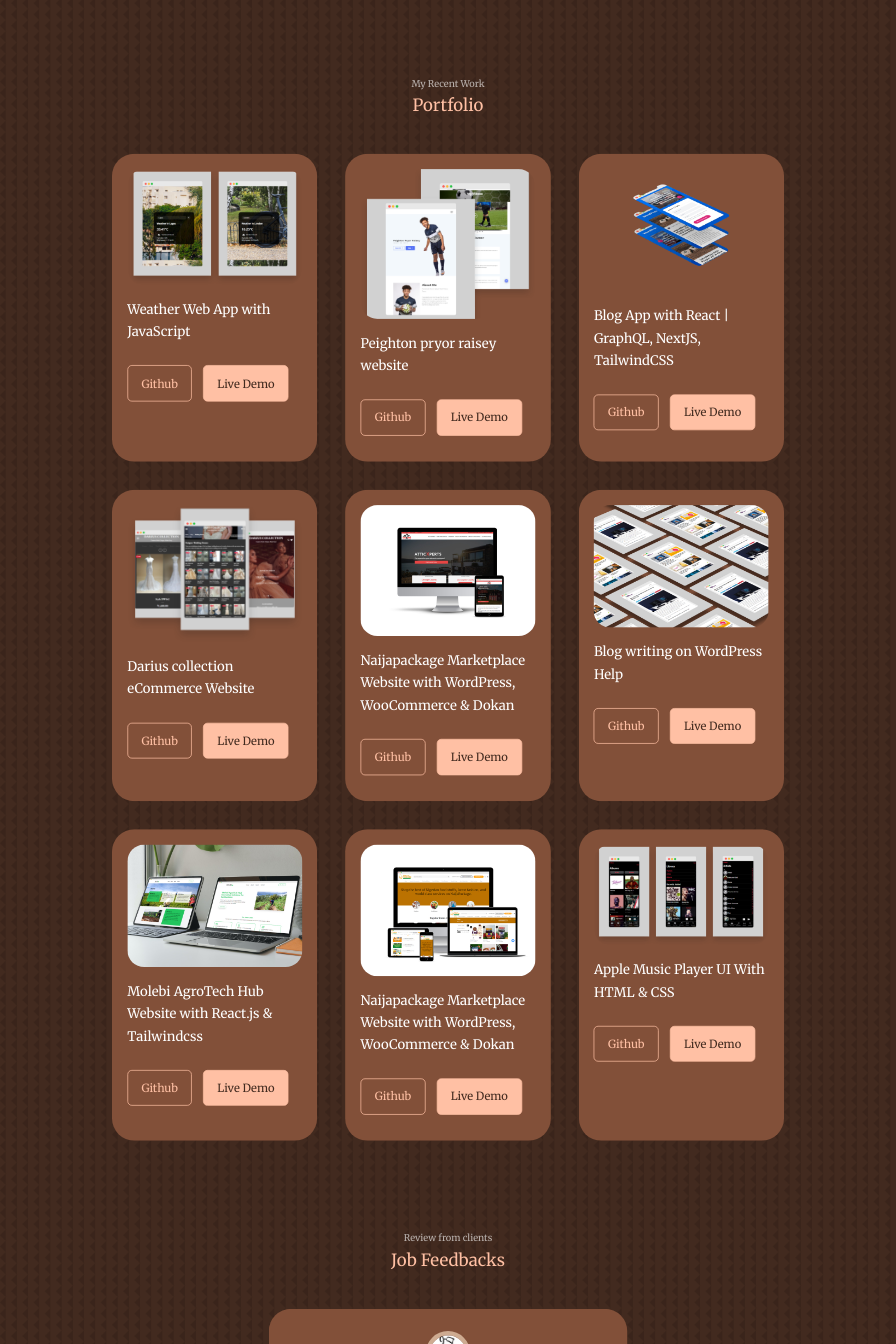
Repository: akinolapo/akinolapo-react
Page: /
These files come from the project's save history. The page is drawn as it stood at one moment and after the next save; the edit follows.
The browser window is 1280 px wide. The pictures show the part of the page from y = 2931 to 4851 px (the page is 6538 px tall), at 70% of full size.
The project was rebuilt for these pictures with package versions that can differ from the ones it lists, and the page was loaded fresh each time.

Above is the page before, as saved 2023-06-12 16:16:35.

### public/index.html
<!DOCTYPE html>
<html lang="en">

<head>
    <meta charset="UTF-8">
    <meta http-equiv="X-UA-Compatible" content="IE=edge">
    <meta name="viewport" content="width=device-width, initial-scale=1.0">
    <meta
      name="description"
      content="I am a Front-end Developer who has worked for several companies. I have developed websites for small businesses, large companies and individuals."
    />
    <meta name="p:domain_verify" content="1e6b47b5f0d710033c44561e0f1e8f04"/>
    <link rel="apple-touch-icon" sizes="180x180" href="%PUBLIC_URL%/assets/apple-touch-icon.png">
    <link rel="icon" type="image/png" sizes="32x32" href="%PUBLIC_URL%/assets/favicon-32x32.png">
    <link rel="icon" type="image/png" sizes="16x16" href="%PUBLIC_URL%/assets/favicon-16x16.png">
    <link rel="manifest" href="%PUBLIC_URL%/assets/site.webmanifest">
    <link rel="mask-icon" href="%PUBLIC_URL%/assets/safari-pinned-tab.svg" color="#5bbad5">
    <meta name="msapplication-TileColor" content="#da532c">
    <meta name="theme-color" content="#ffffff">
    <title>Peace Akinola || Frontend Developer || IT Support Specialist</title>
</head>

<body>
    <div id="root"></div>
</body>

</html>

### src/App.jsx
import React from 'react'
import Header from './components/header/header'
import Nav from './components/nav/nav'
import About from './components/about/about'
import Experience from './components/experience/experience'
import Services from './components/services/services'
import Portfolio from './components/portfolio/portfolio'
import Review from './components/review/review'
import Contact from './components/contact/contact'
import Footer from './components/footer/footer'

const App = () => {
  return (
    <>
    <Header/>
    <Nav/>
    <About/>
    <Experience/>
    <Services/>
    <Portfolio/>
    <Review/>
    <Contact/>
    <Footer/>
    </>
  )
}

export default App

### src/components/header/header.jsx
import React from 'react'
import './header.css'
import CTA from './CTA'
// import ME from '../../assets/me.png'
import HeaderSocials from './headersocials'

const header = () => {
  return (
    <header>
      <div className="container header__container">
        <h5>Hello I'm</h5>
        <h1>Peace Akinola</h1>
        <h5 className="text-light">Frontend Developer</h5>
        <CTA/>
        <HeaderSocials/>

        <div className="me">
          <img src={process.env.PUBLIC_URL+`assets/me.png`} alt='me'></img>
        </div>

        <a href='#contact' className='scroll__down'>Scroll Down</a>
      </div>
    </header>
  )
}

export default header

### src/components/nav/nav.jsx
import React from 'react'
import './nav.css'
import {AiOutlineHome, AiOutlineUser, AiOutlineBook, AiOutlineMessage} from 'react-icons/ai'
import {RiServiceLine} from 'react-icons/ri'
import {BiBriefcase} from 'react-icons/bi'
import { useState } from 'react'

const Nav = () => {
  const [activeNav, setActiveNav] = useState('#')
  return (
    <nav>
      <a href='#' onClick={() => setActiveNav('#')} className={activeNav === '#' ? 'active' : ''}><AiOutlineHome/></a>
      <a href='#about' onClick={() => setActiveNav('#about')}  className={activeNav === '#about' ? 'active' : ''}><AiOutlineUser/></a>
      <a href='#experience' onClick={() => setActiveNav('#experience')}  className={activeNav === '#experience' ? 'active' : ''}><AiOutlineBook/></a>
      <a href='#services' onClick={() => setActiveNav('#services')}  className={activeNav === '#services' ? 'active' : ''}><RiServiceLine/></a>
      <a href='#portfolio' onClick={() => setActiveNav('#portfolio')}  className={activeNav === '#portfolio' ? 'active' : ''}><BiBriefcase/></a>
      <a href='#contact' onClick={() => setActiveNav('#contact')}  className={activeNav === '#contact' ? 'active' : ''}><AiOutlineMessage/></a>
    </nav>
  )
}

export default Nav

### src/components/about/about.jsx
import React from 'react'
import './about.css'
// import ME from '../../../public/assets/me-about.JPG'
import{FaAward} from 'react-icons/fa'
import{FiUsers} from 'react-icons/fi'
import{VscFolderLibrary} from 'react-icons/vsc'

const about = () => {
  return (
    <section id='about'>
      <h5>Get To Know</h5>
      <h2>About Me</h2>

      <div className="container about__container">
        <div className="about__me">
          <div className="about__me-img">
            <img src={process.env.PUBLIC_URL+`assets/me-about.JPG`} alt="Peace Akinola Working" />
          </div>
        </div>
        <div className="about__content">
          <div className="about__cards">
            <article className='about__card'>
              <FaAward className='about__icon'/>
              <h5>Experience</h5>
              <small>4+ Years Working</small>
            </article>

            <article className='about__card'>
              <FiUsers className='about__icon'/>
              <h5>Clients</h5>
              <small>20 + Worldwide</small>
            </article>

            <article className='about__card'>
              <VscFolderLibrary className='about__icon'/>
              <h5>Projects</h5>
              <small>50+ Completed</small>
            </article>
          </div>

          <p>
          Scrupulous web developer with over 4 years of front-end experience and admiration for responsive website design and a firm believer in the mobile-first approach.
          </p>
          <a href='#contact' className='btn btn-primary'>Let's Talk</a>
        </div>
      </div>
    </section>
  )
}

export default about

### src/components/portfolio/portfolio.jsx
import React from 'react'
import './portfolio.css'

// DATA ARRAY FOR PORTFOLIO DATA

const data =[
  {
  id: 1,
  image: process.env.PUBLIC_URL+`assets/portfolio1.png`,
  title: 'Peighton pryor raisey website',
  github: 'https://github.com/akinolapo',
  demo: 'https://p8on.net'
},
{
  id: 2,
  image: process.env.PUBLIC_URL+`assets/portfolio2.png`,
  title: 'Darius collection eCommerce Website',
  github: 'https://github.com/akinolapo',
  demo: 'https://www.dariuscordell.com'
},
{
  id: 3,
  image: process.env.PUBLIC_URL+`assets/portfolio3.png`,
  title: 'Blog App with React | GraphQL, NextJS, TailwindCSS',
  github: 'https://github.com/akinolapo/usefulhandles_blog',
  demo: 'https://wordpressvee.vercel.app'
},
{
  id: 4,
  image: process.env.PUBLIC_URL+`assets/portfolio4.png`,
  title: 'Blog writing on WordPress Help',
  github: 'https://github.com/akinolapo',
  demo: 'https://www.bookwebmaster.com'
},
{
  id: 5,
  image: process.env.PUBLIC_URL+`assets/portfolio5.png`,
  title: 'Weather Web App with JavaScript',
  github: 'https://github.com/akinolapo/cityWeatherApp',
  demo: 'https://weatherappforcities.netlify.app'
},
{
  id: 6,
  image: process.env.PUBLIC_URL+`assets/portfolio6.png`,
  title: 'Apple Music Player UI With HTML & CSS',
  github: 'https://github.com/akinolapo/ios-music-player',
  demo: 'https://ios-music-player.netlify.app/'
},
{
  id: 7,
  image: process.env.PUBLIC_URL+`assets/portfolio7.jpg`,
  title: 'Molebi AgroTech Hub Website with React.js & Tailwindcss',
  github: 'https://github.com/akinolapo/agric-tech',
  demo: 'https://molebi-agrotech-hub.pages.dev'
},
{
  id: 8,
  image: process.env.PUBLIC_URL+`assets/portfolio8.jpg`,
  title: 'Naijapackage Marketplace Website with WordPress, WooCommerce & Dokan',
  github: 'https://github.com/akinolapo',
  demo: 'https://www.naijapackage.com'
},
{
  id: 9,
  image: process.env.PUBLIC_URL+`assets/portfolio9.jpg`,
  title: 'Naijapackage Marketplace Website with WordPress, WooCommerce & Dokan',
  github: 'https://github.com/akinolapo',
  demo: 'https://www.naijapackage.com'
}

];

const shuffleArray = (array) => {
  const newArray = [...array];
  for (let i = newArray.length - 1; i > 0; i--) {
    const j = Math.floor(Math.random() * (i + 1));
    [newArray[i], newArray[j]] = [newArray[j], newArray[i]];
  }
  return newArray;
};

const portfolio = () => {
  const shuffledData = shuffleArray(data);
  return (
    <section id='portfolio'>
      <h5>My Recent Work</h5>
      <h2>Portfolio</h2>

      <div className="container portfolio__container">
       {
         shuffledData.map(({id, image, title, github, demo})=>{
           return (
            <article key={id} className='portfolio__item'>
            <div className="portfolio__item-image">
              <img src={image} alt={title}></img>
            </div>
            <h3>{title}</h3>
            <div className="portfolio__item-cta">
            <a href={github} rel="noreferrer" target='_blank' className='btn'>Github</a>
            <a href={demo} rel="noreferrer" target='_blank' className='btn btn btn-primary'>Live Demo</a>
            </div>
          </article>
           )
         })
       }
      </div>
    </section>
  )
}

export default portfolio

### src/components/footer/footer.jsx
import React from 'react'
import './footer.css'
import {FaFacebookF} from 'react-icons/fa'
import {FiInstagram} from 'react-icons/fi'
import {IoLogoTwitter} from 'react-icons/io'
import {FaPinterestP} from 'react-icons/fa'

const footer = () => {
  return (
    <footer>
        <a href='#' className='footer__logo'>Akinolapo</a>

        <ul className='permalinks'>
            <li><a href='#'>Home</a></li>
            <li><a href='#about'>About</a></li>
            <li><a href='#experience'>Experience</a></li>
            <li><a href='#services'>Services</a></li>
            <li><a href='#portfolio'>Portfolio</a></li>
            <li><a href='#review'>Reviews</a></li>
            <li><a href='#contact'>Contact</a></li>
        </ul>

        <div className="footer__socials">
        <a href='https://facebook.com/akinolapo.wp' target= "_blank" rel="noreferrer"><FaFacebookF/></a>
        <a href='https://instagram.com/akinolapo' target= "_blank" rel="noreferrer"><FiInstagram/></a>
        <a href='https://twitter.com/poakinola' target= "_blank" rel="noreferrer"><IoLogoTwitter/></a>
        <a href='https://www.pinterest.com/akinolapo' target= "_blank" rel="noreferrer"><FaPinterestP/></a>
        </div>

        <div className="footer__copyright">
            <small>&copy; Akinolapo. All rights reserved.</small>
        </div>
    </footer>
  )
}

export default footer

### src/components/header/header.css
header{
    height: 100vh;
    padding-top: 7rem;
    overflow: hidden;
}

.header__container{
    text-align: center;
    height: 100%;
    position: relative;
}

/*======================== CTA ========================*/
.cta{
    margin-top: 2.5rem;
    display: flex;
    gap: 1.2rem;
    justify-content: center;
}

/*======================== HEADER SOCIALS ========================*/
.header__socials{
    display: flex;
    flex-direction: column;
    align-items: center;
    gap: 0.8rem;
    position: absolute;
    left: 0;
    bottom: 3rem;
}

.header__socials::after{
    content: '';
    width: 1px;
    height: 2rem;
    background: var(--color-primary);
}

/*======================== ME ========================*/
.me{
    background: linear-gradient(var(--color-primary), transparent);
    width: 22rem;
    height: 30rem;
    position: absolute;
    left: calc(50% - 11rem);
    margin-top: 4rem;
    border-radius: 12rem 12rem 0 0;
    overflow: hidden;
    padding: 2rem 1.5rem 1.5rem 1.5rem;
}

/*======================== SCROLL DOWN ========================*/
.scroll__down{
    position: absolute;
    right: 2.3rem;
    bottom: 2.3rem;
    transform: rotate(90deg);
    font-weight: 200;
    font-size: 0.9rem;
}

/*======================== MEDIA QUERIES (TABLET DEVICES) ========================*/
@media screen and (max-width: 1024px) {
    header{
        height: 68vh;
    }
}

/*======================== MEDIA QUERIES (MOBILE DEVICES) ========================*/
@media screen and (max-width: 600px) {
   header{
       height: 100vh;
   }

   .header__socials, .scroll__down{
       display: none;
   }
}

### src/components/header/CTA.jsx
import React from 'react'
// import Resume from '../../assets/cv.pdf'

const CTA = () => {
  return (
    <div className='cta'>
        <a href= {process.env.PUBLIC_URL+`assets/cv.pdf`} download className='btn'>Download CV</a>
        <a href='#contact' className='btn btn-primary'>Let's Talk</a>
    </div>
  )
}

export default CTA

### src/components/header/headersocials.jsx
import React from 'react'
import {BsLinkedin} from 'react-icons/bs'
import {FaGithubAlt} from 'react-icons/fa'
import {FiDribbble} from 'react-icons/fi'

const headersocials = () => {
  return (
    <div className='header__socials'>
      <a href='https://www.linkedin.com/in/akinolapo' target= "new"><BsLinkedin/></a>
      <a href='https://github.com/akinolapo' target= "new"><FaGithubAlt/></a>
      <a href='https://twitter.com/poakinola' target= "new"><FiDribbble/></a>
    </div>
  )
}

export default headersocials

### src/components/nav/nav.css
nav{
    background: rgba(0,0,0,0.3);
    width: max-content;
    display: block;
    padding: 0.7rem 1.7rem;
    z-index: 2;
    position: fixed;
    left: 50%;
    transform: translate(-50%);
    bottom: 2rem;
    display: flex;
    gap: 0.8 rem;
    border-radius: 3rem;
    backdrop-filter: blur(15px);
}

nav a{
    background: transparent;
    padding: 0.8rem;
    border-radius: 50%;
    display: flex;
    color: var(--color-light);
    font-size: 1.1rem;
}

nav a:hover{
    background: rgab(0, 0, 0, 0.3);
}

nav a.active{
    background: var(--color-primary);
    color: var(--color-bg);
}

### src/components/experience/experience.css
.experience__container{
    display: grid;
    grid-template-columns: 1fr 1fr;
    gap: 2rem;
}

.experience__container > div {
    background: var(--color-bg-variant);
    padding: 2.4rem 5rem;
    border-radius: 2rem;
    border: 1px solid transparent;
    transition: var(--transition);
}

.experience__container > div:hover{
    border-color: var(--color-primary);
    background: transparent;
    color: var(--color-primary-variant);
    cursor: default;
}

.experience__container > div h3{
    text-align: center;
    margin-bottom: 2rem;
    color: var(--color-primary);
}

.experience__content{
    display: grid;
    grid-template-columns: 1fr 1fr;
    row-gap: 2rem;
}

.experience__details{
    display: flex;
    gap: 1rem;
}

.experience__details-icon{
    margin-top: 6px;
    color: var(--color-primary);
}

/*======================== MEDIA QUERIES (TABLET DEVICES) ========================*/
@media screen and (max-width: 1024px) {
    .experience__container{
        grid-template-columns: 1fr;
    }
    .experience__container >div {
        width: 80%;
        padding: 2rem;
        margin: 0 auto;
    }
    .experience__content{
        padding: 1rem;
    }

}

/*======================== MEDIA QUERIES (MOBILE DEVICES) ========================*/
@media screen and (max-width: 600px) {
  .experience__container{
      gap: 1rem;
  }

  .experience__container > div{
      width: 100%;
      padding: 2rem 1rem;
  }
}

### src/components/services/services.css
.services__container{
    display: grid;
    grid-template-columns: repeat(3, 1fr);
    gap: 3rem;
}

.service{
    background: var(--color-bg-variant);
    border-radius: 0 0 2rem 2rem;
    border:  1px solid var(--color-primary);
    height: fit-content;
    transition: var(--transition);
}

.service:hover{
    background: transparent;
    border-color: var(--color-primary-variant);
    cursor: default;
}

.service__head{
    background: var(--color-primary);
    padding: 2rem;
    border-radius: 0 0 2rem 2rem;
    box-shadow: 0 2rem 1rem rgba(0, 0, 0, 0.1);
}

.service__head h3{
    color: var(--color-bg);
    text-align: center;
}

.service__list{
    padding: 2rem;
}

.service__list li{
    display: flex;
    gap: 1rem;
    margin-bottom: 0.8rem;
}

.service__list-icon{
    color: var(--color-primary);
    margin-top: 2px;
}

.service__list p{
    font-size: 0.9rem;
}


/*======================== MEDIA QUERIES (TABLET DEVICES) ========================*/
@media screen and (max-width: 1024px) {
    .services__container{
        grid-template-columns: 1fr 1fr;
        gap: 2rem;
    }

    .service{
        height: auto;
    }
  }


/*======================== MEDIA QUERIES (MOBILE DEVICES) ========================*/
@media screen and (max-width: 600px) {
    .services__container{
        grid-template-columns: 1fr;
        gap: 1.5rem;
    }
  }

### src/components/portfolio/portfolio.css
.portfolio__container{
    display: grid;
    grid-template-columns: repeat(3, 1fr);
    gap: 2.5rem;
}

.portfolio__item{
    background: var(--color-bg-variant);
    padding: 1.3rem;
    border-radius: 2rem;
    border: 1px solid transparent;
    transition: var(--transition);
}

.portfolio__item:hover{
    border-color: var(--color-primary-variant);
    background: transparent;
}

.portfolio__item-image{
    border-radius: 1.5rem;
    overflow: hidden;
}

.portfolio__item h3{
    margin: 1.2rem 0 2rem;
}

.portfolio__item-cta{
    display: flex;
    gap: 1rem;
    margin-bottom: 1rem;
}

/*======================== MEDIA QUERIES (TABLET DEVICES) ========================*/
@media screen and (max-width: 1024px) {
    .portfolio__container{
        grid-template-columns: 1fr 1fr;
        gap: 1.2rem;
    }
  }


/*======================== MEDIA QUERIES (MOBILE DEVICES) ========================*/
@media screen and (max-width: 600px) {
    .portfolio__container{
        grid-template-columns: 1fr;
        gap: 1rem;
    }
  }

### src/components/review/review.css
.container.review__container{
    width: 40%;
    padding-bottom: 4rem;
}

.client__avatar{
    width: 4rem;
    aspect-ratio: 1/1;
    overflow: hidden;
    border-radius: 50%;
    margin: 0 auto 1rem;
    border: 0.4rem solid var(--color-primary-variant);
}

.review{
    background: var(--color-bg-variant);
    text-align: center;
    padding: 2rem;
    border-radius: 2rem;
    user-select: none;
}

.client__review{
    color: var(--color-light);
    font-weight: 300;
    display: block;
    width: 80%;
    margin: 0.8rem auto 0;
}

.swiper-pagination-clickable .swiper-pagination-bullet{
    background: var(--color-primary);
}

/*======================== MEDIA QUERIES (TABLET DEVICES) ========================*/
@media screen and (max-width: 1024px) {
    .container.review__container{
       width: 60%;
   }
}

/*======================== MEDIA QUERIES (MOBILE DEVICES) ========================*/
@media screen and (max-width: 600px) {
    .container.review__container{
        width: var(--container-width-sm);
    }

    .client__review{
        width: var(--container-width-sm);
    }
}

### src/components/contact/contact.css
.container.contact__container{
    width: 58%;
    display: grid;
    grid-template-columns: 30% 50%;
    gap: 12rem;
}

.contact__options{
    display: flex;
    flex-direction: column;
    gap: 1.2rem;
}

.contact__option{
    background: var(--color-bg-variant);
    padding: 1.2rem;
    border-radius: 1.2rem;
    text-align: center;
    border: 1px solid transparent;
    transition: var(--transition);
}

.contact__option:hover {
    background: transparent;
    border-color: var(--color-primary-variant);
}

.contact__option-icon{
    font-size: 1.5rem;
    margin-bottom: 0.5rem;
}

.contact__option a{
    margin-top: .5rem;
    display: inline-block;
}

/*********************** FORM ***********************/
form{
    display: flex;
    flex-direction: column;
    gap: 1.2rem;
}

input, textarea{
    width: 100%;
    padding: 1.5rem;
    border-radius: 0.5rem;
    background: transparent;
    border: 2px solid var(--color-primary-variant);
    resize: none;
    color: var(--color-white);
}

/*======================== MEDIA QUERIES (TABLET DEVICES) ========================*/
@media screen and (max-width: 1024px) {
    .container.contact__container{
        grid-template-columns: 1fr;
        gap: 2rem;
    }
  }


/*======================== MEDIA QUERIES (MOBILE DEVICES) ========================*/
@media screen and (max-width: 600px) {
   .container.contact__container{
       grid-template-columns: 1fr;
       width: var(--container-width-sm);
   }
  }

### src/components/footer/footer.css
footer{
    background: var(--color-primary);
    padding: 3rem 0;
    text-align: center;
    font-size: .9rem;
    margin-top: 7rem;
}

footer a{
    color: var(--color-bg);
}

.footer__logo{
    font-size: 2rem;
    font-weight: 500;
    margin-bottom: 2rem;
    display: inline-block;
}

.permalinks{
    display: flex;
    flex-wrap: wrap;
    justify-content: center;
    gap: 2rem;
    margin: 0 auto 3rem;
    transition: var(--transition);
}

.footer__socials{
    display: flex;
    justify-content: center;
    gap: 1rem;
    margin-bottom: 4rem;
}

.footer__socials a{
    background: var(--color-bg);
    color: var(--color-white);
    padding: 0.8rem;
    border-radius: 0.7rem;
    display: flex;
    border: 1px solid transparent;
    transition: var(--transition);
}

.footer__socials a:hover{
    background: transparent;
    color: var(--color-bg);
    border-color: var(--color-bg);
}

.footer__copyright{
    margin-bottom: 4rem;
    color: var(--color-bg);
}

/*======================== MEDIA QUERIES (MOBILE DEVICES) ========================*/
@media screen and (max-width: 600px) {
    .permalinks{
        flex-direction: column;
        gap: 1.5rem;
    }

    .footer__socials{
        margin-bottom: 2.6rem;
    }
   }

Loaded but not shown: src/index.js (5 lines, source omitted); src/components/experience/experience.jsx (122 lines, source omitted); src/components/services/services.jsx (110 lines, source omitted); src/components/review/review.jsx (70 lines, source omitted); src/index.css (138 lines, source omitted); src/components/contact/contact.jsx (59 lines, source omitted); src/components/about/about.css (111 lines, source omitted)

After the next save:
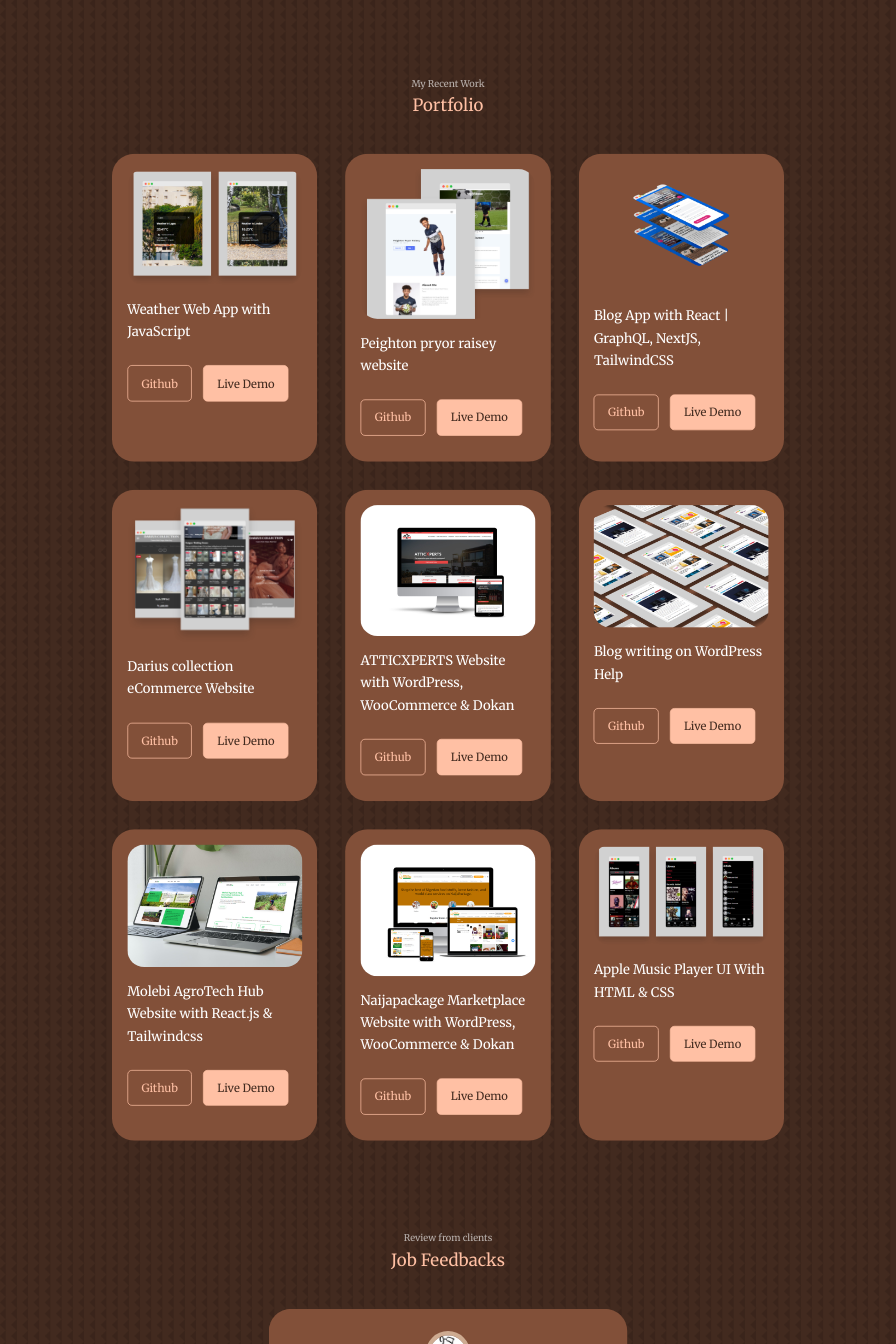
Saved 15 s later.
--- a/src/components/portfolio/portfolio.jsx
+++ b/src/components/portfolio/portfolio.jsx
@@ -63,7 +63,7 @@
 {
   id: 9,
   image: process.env.PUBLIC_URL+`assets/portfolio9.jpg`,
-  title: 'Naijapackage Marketplace Website with WordPress, WooCommerce & Dokan',
+  title: 'ATTICXPERTS Website with WordPress, WooCommerce & Dokan',
   github: 'https://github.com/akinolapo',
   demo: 'https://www.naijapackage.com'
 }
